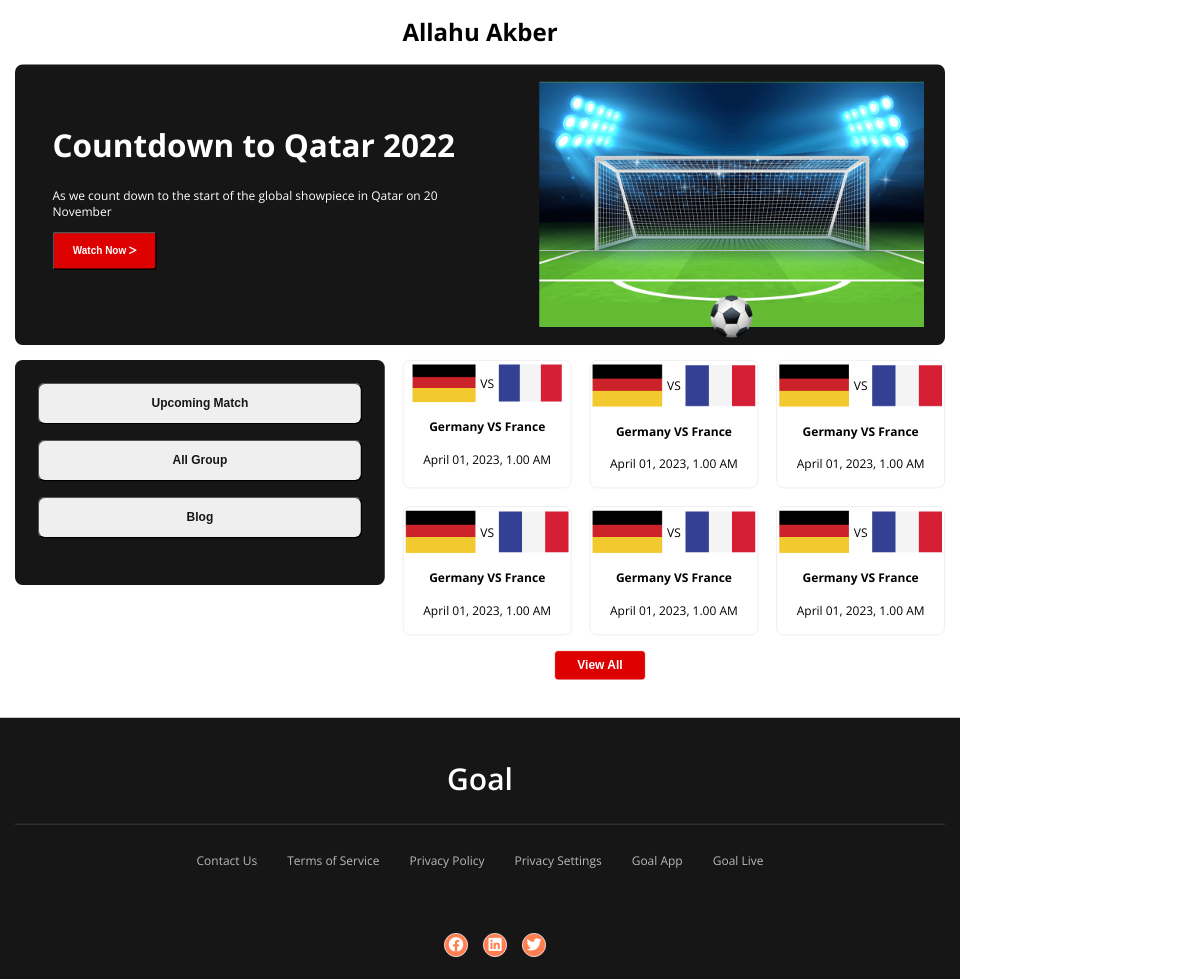
Repository: zjria/Qatar-world-cup
Page: match.html
These files come from the project's save history. The page is drawn as it stood at one moment and after the next save; the edit follows.
The browser window is 1280 px wide. The page is 1600 px wide, so the pictures cover 1600 px, including what lies to the right of the window. The pictures show the whole page, at 75% of full size.

Above is the page before, as saved 2022-09-10 10:49:50.

After the next save:
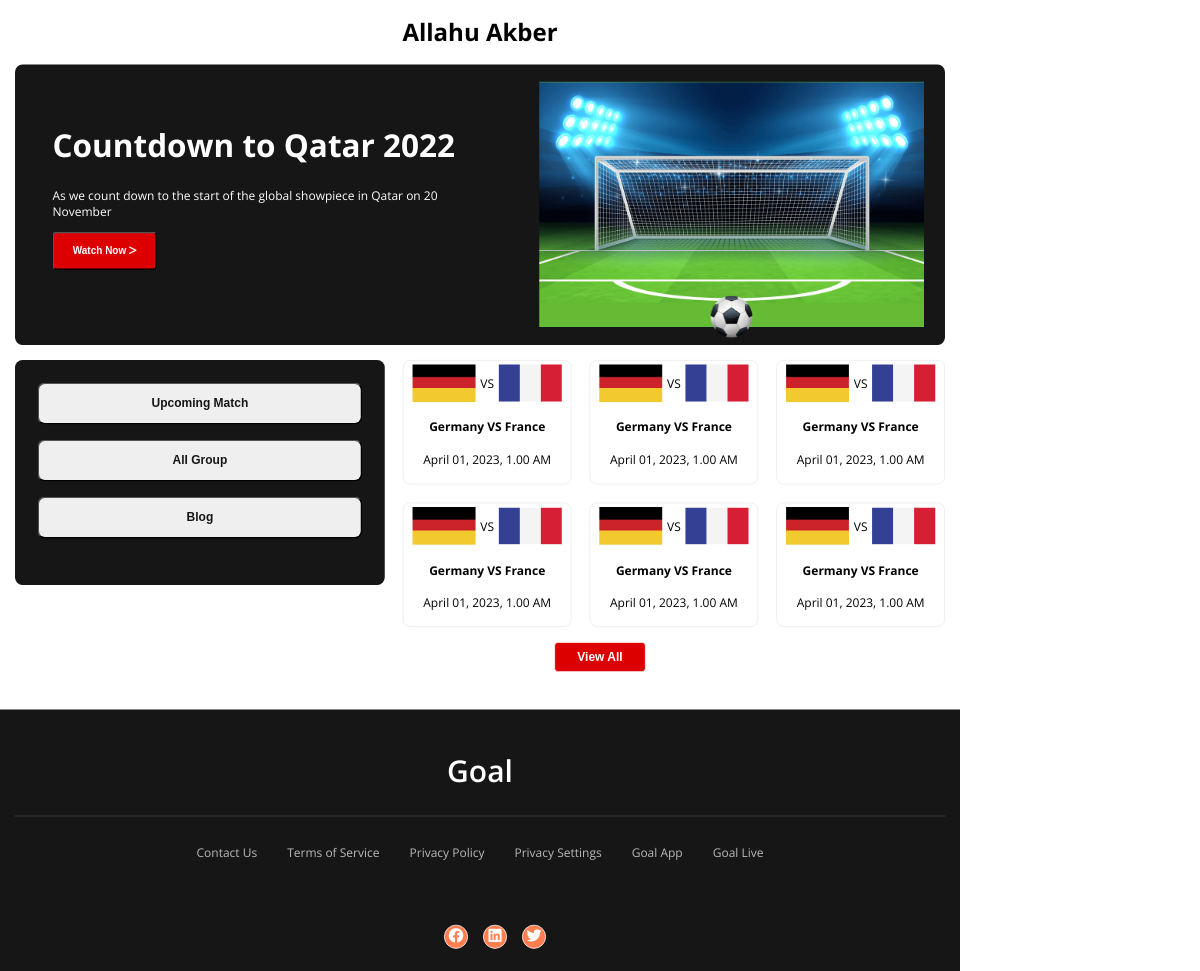
Saved 42 s later.
--- a/match.html
+++ b/match.html
@@ -71,8 +71,8 @@
             </div>
             <div class="transfer">
                 <div class="match-vs">
-                    <img src="images/germany Flag.png" alt=""> <span>VS</span>
-                    <img src="images/Flag.png" alt="">
+                    <img id="img-style" src="images/germany Flag.png" alt=""> <span>VS</span>
+                    <img id="img-style" src="images/Flag.png" alt="">
                 </div>
                 <div class="match-text">
                     <h4>Germany VS France </h4>
@@ -81,8 +81,8 @@
             </div>
             <div class="transfer">
                 <div class="match-vs">
-                    <img src="images/germany Flag.png" alt=""> <span>VS</span>
-                    <img src="images/Flag.png" alt="">
+                    <img id="img-style" src="images/germany Flag.png" alt=""> <span>VS</span>
+                    <img id="img-style" src="images/Flag.png" alt="">
                 </div>
                 <div class="match-text">
                     <h4>Germany VS France </h4>
@@ -91,8 +91,8 @@
             </div>
             <div class="transfer">
                 <div class="match-vs">
-                    <img src="images/germany Flag.png" alt=""> <span>VS</span>
-                    <img src="images/Flag.png" alt="">
+                    <img id="img-style" src="images/germany Flag.png" alt=""> <span>VS</span>
+                    <img id="img-style" src="images/Flag.png" alt="">
                 </div>
                 <div class="match-text">
                     <h4>Germany VS France </h4>
@@ -101,8 +101,8 @@
             </div>
             <div class="transfer">
                 <div class="match-vs">
-                    <img src="images/germany Flag.png" alt=""> <span>VS</span>
-                    <img src="images/Flag.png" alt="">
+                    <img id="img-style" src="images/germany Flag.png" alt=""> <span>VS</span>
+                    <img id="img-style" src="images/Flag.png" alt="">
                 </div>
                 <div class="match-text">
                     <h4>Germany VS France </h4>
@@ -111,15 +111,14 @@
             </div>
             <div class="transfer">
                 <div class="match-vs">
-                    <img src="images/germany Flag.png" alt=""> <span>VS</span>
-                    <img src="images/Flag.png" alt="">
+                    <img id="img-style" src="images/germany Flag.png" alt=""> <span>VS</span>
+                    <img id="img-style" src="images/Flag.png" alt="">
                 </div>
                 <div class="match-text">
                     <h4>Germany VS France </h4>
                     <p>April 01, 2023, 1.00 AM</p>
                 </div>
             </div>
-
 
         </main>
     </div>
